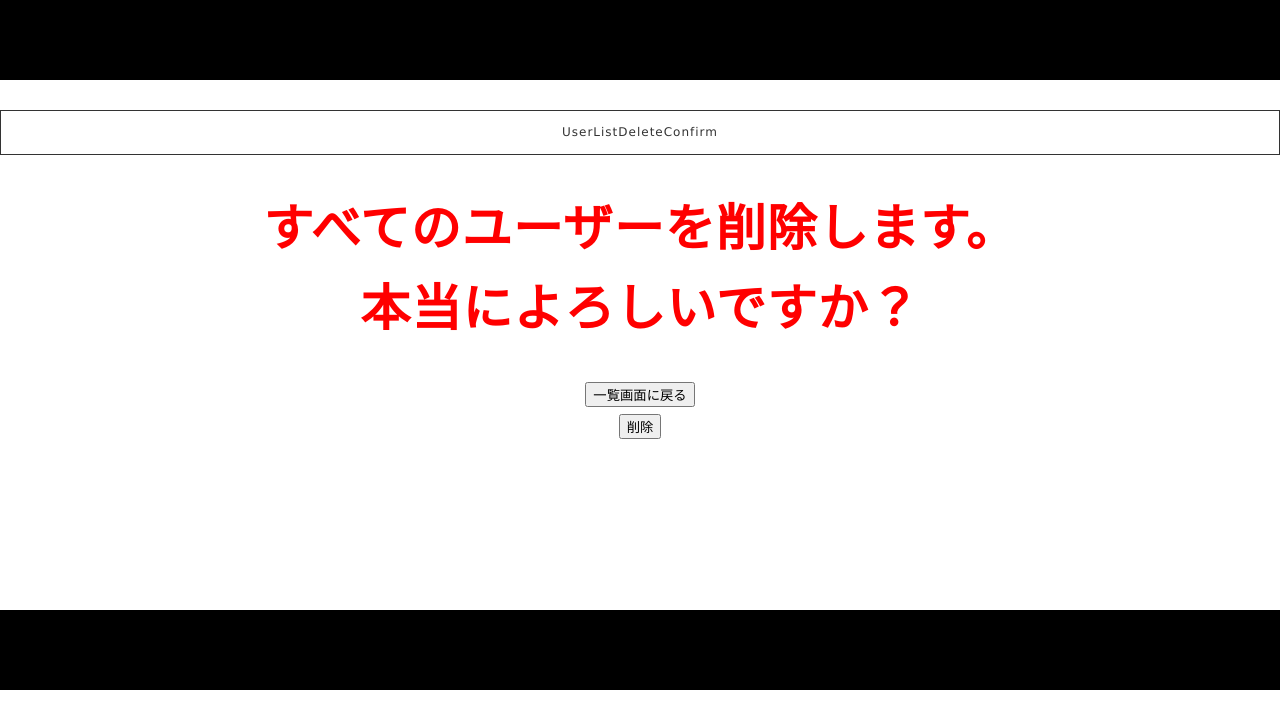
Repository: hirose0320/test
Page: http://localhost/ecsite2/userListDeleteConfirm.jsp
The author's editor kept a copy of each file at every save. The page is drawn from the files as they stood at one save, then again after the next save.
The browser window is 1280 px wide. The pictures show the whole page.
Some web fonts or font styles are not loaded; a fallback is used. Some web libraries are served in a nearby version. The page is served by Tomcat 9. Other server files are loaded and not shown.

Above is the page before, as saved 2019-03-07 02:29:03.

### ecsite2/WebContent/userListDeleteConfirm.jsp
<%@ page language="java" contentType="text/html; charset=UTF-8"
	pageEncoding="UTF-8"%>
<%@ taglib prefix="s" uri="/struts-tags"%>
<!DOCTYPE html>
<html>
<head>
<meta http-equiv="Content-Type" content="text/html; charset=UTF-8" />
<meta http-equiv="Content-Style-Type" content="text/css" />
<meta http-equiv="Content-Script-Type" content="text/javascript" />
<meta http-equiv="imagetoolbar" content="no" />
<meta name="description" content="" />
<meta name="keywords" content="" />
<link href="https://fonts.googleapis.com/earlyaccess/hannari.css"
	rel="stylesheet">
<script
	src="http://ajax.googleapis.com/ajax/libs/jquery/1.9.1/jquery.min.js
"></script>
<title>削除確認画面</title>

<style type="text/css">
body {
	margin: 0;
	padding: 0;
	line-height: 1.6;
	letter-spacing: 1px;
	font-family: Verdana, Helvetica, sans-serif;
	font-size: 12px;
	color: #333;
	background: #fff;
}

table {
	text-align: center;
	margin: 0 auto;
}

h1 {
	color: red;
	font-size: 50px;
	font-family: "Hannari", cursive;
}

#top {
	width: 780ox;
	margin: 30px auto;
	border: 1px solid #333;
}

#header {
	width: 100%;
	height: 80px;
	background-color: black;
}

#main {
	width: 100%;
	height: 500px;
	text-align: center;
}

#footer {
	width: 100%;
	height: 80px;
	background-color: black;
	clear: both;
}
</style>
<script type="text/javascript">
	function submitAction(url) {
		$('form').attr('action', url);
		$('form').submit();
	}
</script>

</head>
<body>
	<div id="header">
		<div id="pr"></div>
	</div>
	<div id="main">
		<div id="top">
			<p>UserListDeleteConfirm</p>
		</div>
		<div>


				<h1>
					すべてのユーザーを削除します。<br>本当によろしいですか？
				</h1>
				<tr>
					<td><input type="button" value="一覧画面に戻る"
						onclick="submitAction('UserListAction')" /></td>

					<s:form action="UserListDeleteConfirmAction">
						<input type="hidden" name="deleteFlg" value="1">

						<td><s:submit value="削除" method="delete"/></td>
					</s:form>

				</tr>


		</div>
	</div>
	<div id="footer">
		<div id="pr"></div>
	</div>
</body>
</html>

After the next save:
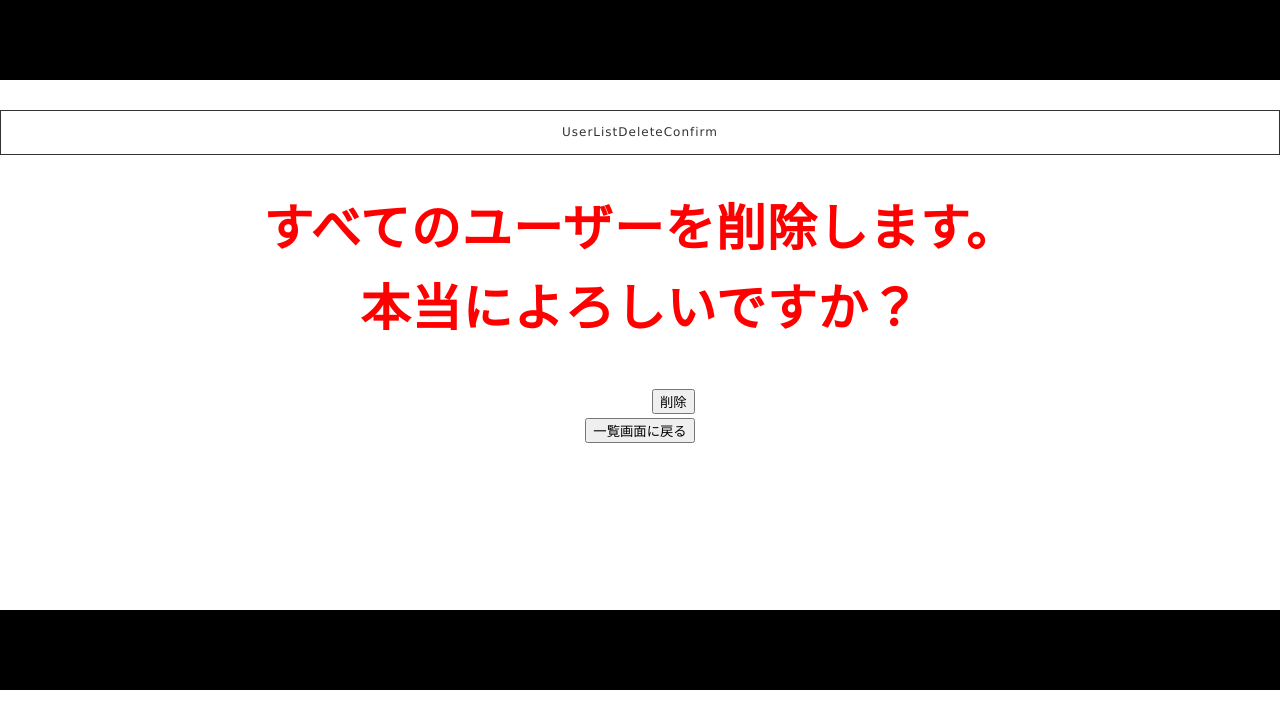
Saved 43 s later.
--- a/ecsite2/WebContent/userListDeleteConfirm.jsp
+++ b/ecsite2/WebContent/userListDeleteConfirm.jsp
@@ -84,20 +84,19 @@
 		<div>
 
 
-				<h1>
-					すべてのユーザーを削除します。<br>本当によろしいですか？
-				</h1>
+			<h1>
+				すべてのユーザーを削除します。<br>本当によろしいですか？
+			</h1>
+			<s:form action="UserListDeleteConfirmAction">
 				<tr>
+					<input type="hidden" name="deleteFlg" value="1">
+
+					<td><s:submit value="削除" method="delete" /></td>
 					<td><input type="button" value="一覧画面に戻る"
 						onclick="submitAction('UserListAction')" /></td>
+			</s:form>
 
-					<s:form action="UserListDeleteConfirmAction">
-						<input type="hidden" name="deleteFlg" value="1">
-
-						<td><s:submit value="削除" method="delete"/></td>
-					</s:form>
-
-				</tr>
+			</tr>
 
 
 		</div>
